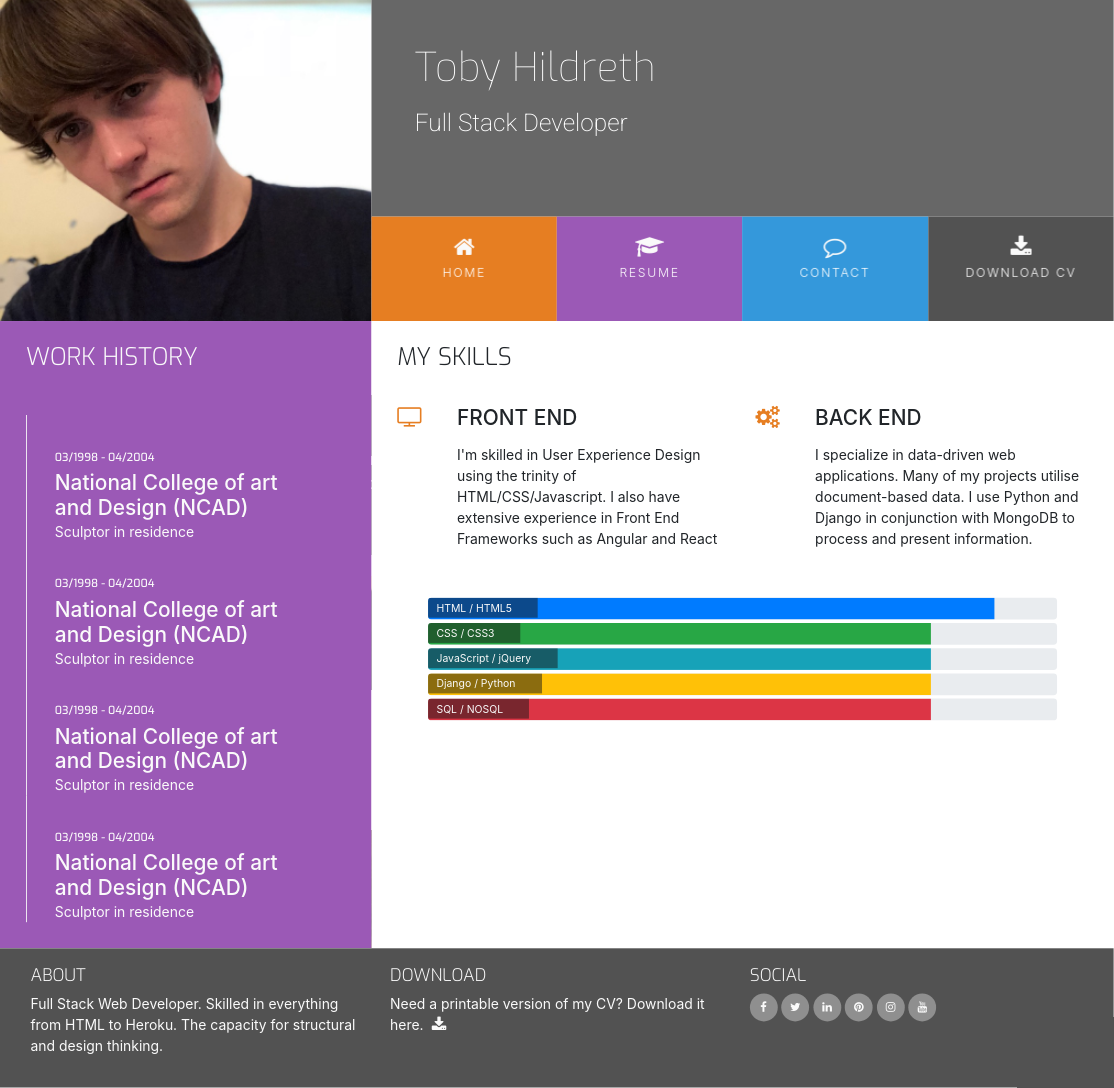
Repository: radioactivetux9/test
Page: resume.html
The author's editor kept a record of every edit. The page is drawn from the files as they stood at one moment, then again after the next edit.
The browser window is 1280 px wide. The pictures show the whole page, at 87% of full size.
Some web libraries are served in a nearby version.

Above is the page before.

### resume.html
<!DOCTYPE html>
<html lang="en">

<head>
    <meta charset="UTF-8">
    <meta name="viewport" content="width=device-width, initial-scale=1.0">
    <meta http-equiv="X-UA-Compatible" content="ie=edge">
    <link rel="stylesheet" href="https://maxcdn.bootstrapcdn.com/bootstrap/4.2.1/css/bootstrap.min.css" type="text/css" />
    <link rel="stylesheet" href="https://maxcdn.bootstrapcdn.com/font-awesome/4.7.0/css/font-awesome.min.css" type="text/css" />
    <link rel="stylesheet" href="https://cdnjs.cloudflare.com/ajax/libs/hover.css/2.1.1/css/hover-min.css" type="text/css" />
    <link rel="stylesheet" href="assets/css/style.css">
    <title>Toby</title>
</head>

<body>
    <header>
        <div class="row no-gutters">
            <a class="col-md-4 logo" href="02-index.html"></a>
            <div class="col-md-8">
                <div class="row no-gutters bg-color-name-title">
                    <div class="col heading">
                        <h1 class="name">Toby Hildreth</h1>
                        <h2 class="title"> Full Stack Developer</h2>
                    </div>
                </div>
                <div class="row no-gutters">
                    <div class="col">
                        <ul id="nav" class="list-inline menucontainer">
                            <li class="col-6 col-sm-3 list-inline-item ui-menu-color-home menuitem">
                                <a href="#" class="hvr-sweep-to-bottom"><i class="fa fa-home" aria-hidden="true"></i><span>Home</span></a>
                            </li>
                            <li class="col-6 col-sm-3 list-inline-item ui-menu-color-resume menuitem">
                                <a href="/resume.html" class="hvr-sweep-to-bottom"><i class="fa fa-graduation-cap" aria-hidden="true"></i><span>Resume</span></a>
                            </li>
                            <li class="col-6 col-sm-3 list-inline-item ui-menu-color-contact menuitem">
                                <a href="#" class="hvr-sweep-to-bottom"><i class="fa fa-comment-o" aria-hidden="true"></i><span>Contact</span></a>
                            </li>
                            <li class="col-6 col-sm-3 list-inline-item ui-menu-color-download menuitem">
                                <a href="#" class="hvr-sweep-to-bottom"><i class="fa fa-download" aria-hidden="true"></i><span>Download CV</span></a>
                            </li>
                        </ul>
                    </div>
                </div>
            </div>
        </div>
    </header>
    <section class="container-fluid">
        <div class="row">
            <div class="col-md-4 bg-color-work-history section-column">
                <div class="row">
                    <div class="col-12">
                        <h3 class="history-heading uppercase">
                            Work History
                        </h3>
                    </div>
                </div>
                <div class="timeline-item" data-dates="03/1998 - 04/2004">
                    <h4>National College of art and Design (NCAD)</h4>
                    <p>Sculptor in residence</p>
                </div>
                <div class="timeline-item" data-dates="03/1998 - 04/2004">
                    <h4>National College of art and Design (NCAD)</h4>
                    <p>Sculptor in residence</p>
                </div>
                <div class="timeline-item" data-dates="03/1998 - 04/2004">
                    <h4>National College of art and Design (NCAD)</h4>
                    <p>Sculptor in residence</p>
                </div>
                <div class="timeline-item" data-dates="03/1998 - 04/2004">
                    <h4>National College of art and Design (NCAD)</h4>
                    <p>Sculptor in residence</p>
                </div>
            </div>
            <div class="col-md-8 bg-color-three-reasons section-column">
                <div class="row">
                    <div class="col">
                        <h3 class="section-heading uppercase">My Skills</h3>
                    </div>
                </div>
                <div class="row">
                    <div class="col-10 offset-1 offset-sm-0 col-sm-4 col-md-6">
                        <div class="row">
                            <div class="col-2">
                                <i class="three-reasons-icon fa fa-tv" aria-hidden="true"></i>
                            </div>
                            <div class="col-10">
                                <h4 class="three-reasons-heading uppercase">Front End</h4>
                                <p>
                                    I'm skilled in User Experience Design using the trinity of HTML/CSS/Javascript. I also have extensive experience in Front End Frameworks such as Angular and React
                                </p>
                            </div>
                        </div>
                    </div>
                    <div class="col-10 offset-1 offset-sm-0 col-sm-4 col-md-6">
                        <div class="row">
                            <div class="col-2">
                                <i class="three-reasons-icon fa fa-gears" aria-hidden="true"></i>
                            </div>
                            <div class="col-10">
                                <h4 class="three-reasons-heading uppercase">Back End</h4>
                                <p>
                                    I specialize in data-driven web applications. Many of my projects utilise document-based data. I use Python and Django in conjunction with MongoDB to process and present information.
                                </p>
                            </div>
                        </div>
                    </div>
                </div>
                <div class="row progress-section">
                    <div class="col">
                        <div class="progress">
                            <div class="progress-bar" role="progressbar" aria-valuenow="90" aria-valuemin="0" ara=ia-valuemax="100" style="width:90%;">
                                <span class="sr-only">90% Complete</span>
                            </div>
                            <span class="progress-type">HTML / HTML5</span>
                        </div>
                        <div class="progress">
                            <div class="progress-bar bg-success" role="progressbar" aria-valuenow="80" aria-valuemin="0" ara=ia-valuemax="100" style="width:80%;">
                                <span class="sr-only">80% Complete</span>
                            </div>
                            <span class="progress-type">CSS / CSS3</span>
                        </div>
                        <div class="progress">
                            <div class="progress-bar bg-info" role="progressbar" aria-valuenow="70" aria-valuemin="0" ara=ia-valuemax="100" style="width:80%;">
                                <span class="sr-only">70% Complete</span>
                            </div>
                            <span class="progress-type">JavaScript / jQuery</span>
                        </div>
                        <div class="progress">
                            <div class="progress-bar bg-warning" role="progressbar" aria-valuenow="80" aria-valuemin="0" ara=ia-valuemax="100" style="width:80%;">
                                <span class="sr-only">80% Complete</span>
                            </div>
                            <span class="progress-type">Django / Python</span>
                        </div>
                        <div class="progress">
                            <div class="progress-bar bg-danger" role="progressbar" aria-valuenow="80" aria-valuemin="0" ara=ia-valuemax="100" style="width:80%;">
                                <span class="sr-only">80% Complete</span>
                            </div>
                            <span class="progress-type">SQL / NOSQL</span>
                        </div>

                    </div>
                </div>
            </div>
        </div>

    </section>
    <footer class="container-fluid">
        <div id="footer-details" class="row">
            <div class="col-sm-4">
                <h5 class="uppercase general-sub">About</h5>
                <p class="inline-block">
                    Full Stack Web Developer. Skilled in everything from HTML to Heroku. The capacity for structural and design thinking.
                </p>
            </div>
            <div class="col-sm-4">
                <h5 class="uppercase general-sub">Download</h5>
                <p class="inline-block">
                    Need a printable version of my CV? Download it here.
                    <a href="#" target="_blank" class="cv-pdf">
                        <i class="fa fa-download" aria-hidden="true"></i>
                        <span class="sr-only">Download link.</span>
                    </a>
                </p>
            </div>
            <div class="col-sm-4">
                <h5 class="uppercase general-sub">Social</h5>
                <ul class="list-inline social-links">
                    <li class="list-inline-item">
                        <a target="_blank" href="#">
                            <i class="fa fa-facebook" aria-hidden="true"></i>
                            <span class="sr-only">Facebook</span>
                        </a>
                    </li>
                    <li class="list-inline-item">
                        <a target="_blank" href="#">
                            <i class="fa fa-twitter" aria-hidden="true"></i>
                            <span class="sr-only">Twitter</span>
                        </a>
                    </li>
                    <li class="list-inline-item">
                        <a target="_blank" href="#">
                            <i class="fa fa-linkedin" aria-hidden="true"></i>
                            <span class="sr-only">LinkedIn</span>
                        </a>
                    </li>
                    <li class="list-inline-item">
                        <a target="_blank" href="#">
                            <i class="fa fa-pinterest" aria-hidden="true"></i>
                            <span class="sr-only">Pinterest</span>
                        </a>
                    </li>
                    <li class="list-inline-item">
                        <a target="_blank" href="#">
                            <i class="fa fa-instagram" aria-hidden="true"></i>
                            <span class="sr-only">Instagram</span>
                        </a>
                    </li>
                    <li class="list-inline-item">
                        <a target="_blank" href="#">
                            <i class="fa fa-youtube" aria-hidden="true"></i>
                            <span class="sr-only">YouTube</span>
                        </a>
                    </li>
                </ul>
            </div>
        </div>
    </footer>
</body>

</html>

### assets/css/style.css
@import url('https://fonts.googleapis.com/css?family=Roboto:100,200,300,400,500,600,700|Exo:100,200,300,400,500,600,700');

/*--------------------------------------------Colors*/

.bg-color-name-title {
    background-color: #676767;
}

.bg-color-three-reasons {
    background-color: #fff;
}

.bg-color-personal-info {
    background-color: #f4f4f4;
}

.ui-menu-color-home {
    background-color: #e67e22;
}

.ui-menu-color-resume {
    background-color: #9b59b6;
}

.ui-menu-color-contact {
    background-color: #3498db;
}

.ui-menu-color-download {
    background-color: #525252;
}

.row-table {
    display: table;
}

.section-column {
    display: table-cell;
    padding: 0 30px 30px;
    float: none;
}


.history-heading,
.section-heading {
    font-family: "Exo", sans-serif;
    font-weight: 300;
    margin-top: 25px;
    margin-bottom: 40px;
}



.bg-color-work-history {
    background-color: #9b59b6;
}

/* ----------------------------------------Special paddings/margins/text */

h1,
h2,
h3,
h4 {
    margin: 0;
}

.uppercase {
    text-transform: uppercase;
}

.general-sub {
    font-family: "Exo", sans-serif;
    font-weight: 300;
    color: #fafafa;
}

.inline-block {
    display: inline-block;
}

/*--------------------------------------------Heading*/

header {
    margin: 0;
}

.heading {
    margin-left: 50px;
}

.logo {
    background: url("/assets/images/UNADJUSTEDNONRAW_thumb_15f.jpg");
    background-position: center;
    background-repeat: no-repeat;
    background-size: cover;
    min-height: 360px;
    transition: all .5s ease-in-out;
    -moz-transition: all .5s ease-in-out;
    -webkit-transition: all .5s ease-in-out;
}

.name {
    font-family: "Exo", sans-serif;
    font-weight: 100;
    font-size: 46px;
    margin-top: 50px;
    color: #fff;
}

.title {
    font-family: "Roboto", sans-serif;
    font-weight: 200;
    font-size: 28px;
    margin-top: 20px;
    margin-bottom: 90px;
    color: #fff;
}

.list-inline-item:not(:last-child) {
    margin: 0;
}

.menucontainer {
    font-size: 0;
}

#nav li {
    font-size: 14px;
    padding: 0;
}

#nav {
    margin: 0;
}

.menuitem {
    height: 120px;
    text-align: center;
    padding: 0;
}

.menuitem a {
    width: 100%;
    text-decoration: none;
    color: #fff;
    height: 120px;
}

.menuitem a i {
    padding-top: 22px;
    display: block;
    color: #fafafa;
    font-size: 26px;
}

.menuitem span {
    display: block;
    width: 100%;
    padding-top: 5px;
    text-align: center;
    text-transform: uppercase;
    font-size: 14px;
    font-weight: 300;
    letter-spacing: 2px;
}

/*--------------------------------------------Hover.css*/

.hvr-sweep-to-bottom:before {
    background: rgba(0, 0, 0, 0.2);
    height: 120px;
}

/* ----------------------------------------Footer */

footer {
    background-color: #525252;
    color: #fafafa;
    min-height: 120px;
    margin: 0;
}

.cv-pdf i {
    font-size: 18px;
    color: #fafafa;
    text-align: center;
    padding-left: 5px;
    transition: all 0.35s ease-in-out;
    -moz-transition: all 0.35s ease-in-out;
    -webkit-transition: all 0.35s ease-in-out;
    -o-transition: all 0.35s ease-in-out;
}

.cv-pdf i:hover {
    color: #e84610;
}

.social-links {
    padding-bottom: 15px;
}

.social-links li a i {
    width: 32px;
    height: 32px;
    padding: 12px 0;
    border-radius: 50%;
    font-size: 13px;
    line-height: 7px;
    text-align: center;
    color: #fafafa;
    background: #8f8f8f;
    transition: all 0.35s ease-in-out;
    -moz-transition: all 0.35s ease-in-out;
    -webkit-transition: all 0.35s ease-in-out;
    -o-transition: all 0.35s ease-in-out;
}

.social-links li a i:hover {
    background: #e84610;
}

#footer-details {
    padding: 20px;
}

/* ----------------------------------------Three Reasons */

.three-reasons-icon {
    font-size: 26px;
    color: #e67e22;
}

.three-reasons-heading {
    margin-bottom: 15px;
}

/* ----------------------------------------personal info*/

.personal-info-item {
    margin-bottom: 20px;
    display: block;
    clear: both;
}

.personal-info-item .key,
.personal-info-item .value {
    padding-right: 8px;
    display: inline-block;

}

.personal-info-item .key p,
.personal-info-item .value p {
    margin: 0;
}

.personal-info-item .key {
    width: 30%;
    margin-right: 21px;
    padding-top: 2px;
    vertical-align: top;
}

.personal-info-item .key p {
    font-weight: 700;

}

.personal-info-item .value {
    width: 60%;
    position: relative;

}


/*--------------------------------------------SKills*/

.progress {
    position: relative;
    height: 25px;
    margin-bottom: 4px;

}

.progress-type {
    position: absolute;
    left: 0px;
    font-weight: 400;
    padding: 3px 30px 2px 10px;
    color: #fafafa;
    background-color: rgba(25, 25, 25, 0.5)
}

.progress-section {
    margin: 40px 20px;
}

/*--------------------------------------------work history*/

.history-heading {

    color: #fafafa;
    margin-bottom: 50px;
}

.timeline-item{
    padding: 4em 2em 0em 2em;
    position: relative;
    color: #fafafa;
    border-left: 1px solid;
}

.timeline-item p {
    padding: 0;
    margin: 0;
}

.timeline-item:before{
    content: attr(data-dates);
    position: absolute;
    left: 2.5em;
    top: 3em;
    display: block;
    font-family: "Exo", sans-serif;
    font-weight: 500;
    font-size: 0.8em;
    padding: 0;
    margin: 0;
}

..timeline-item:after{
    width: 12px;
    height: 12px;
    display: block;
    top: 2.4em;
    position: absolute;
    left: -6px;
    border-radius: 12px;
    content: '';
    background: #fafafa;
}

After the next edit:
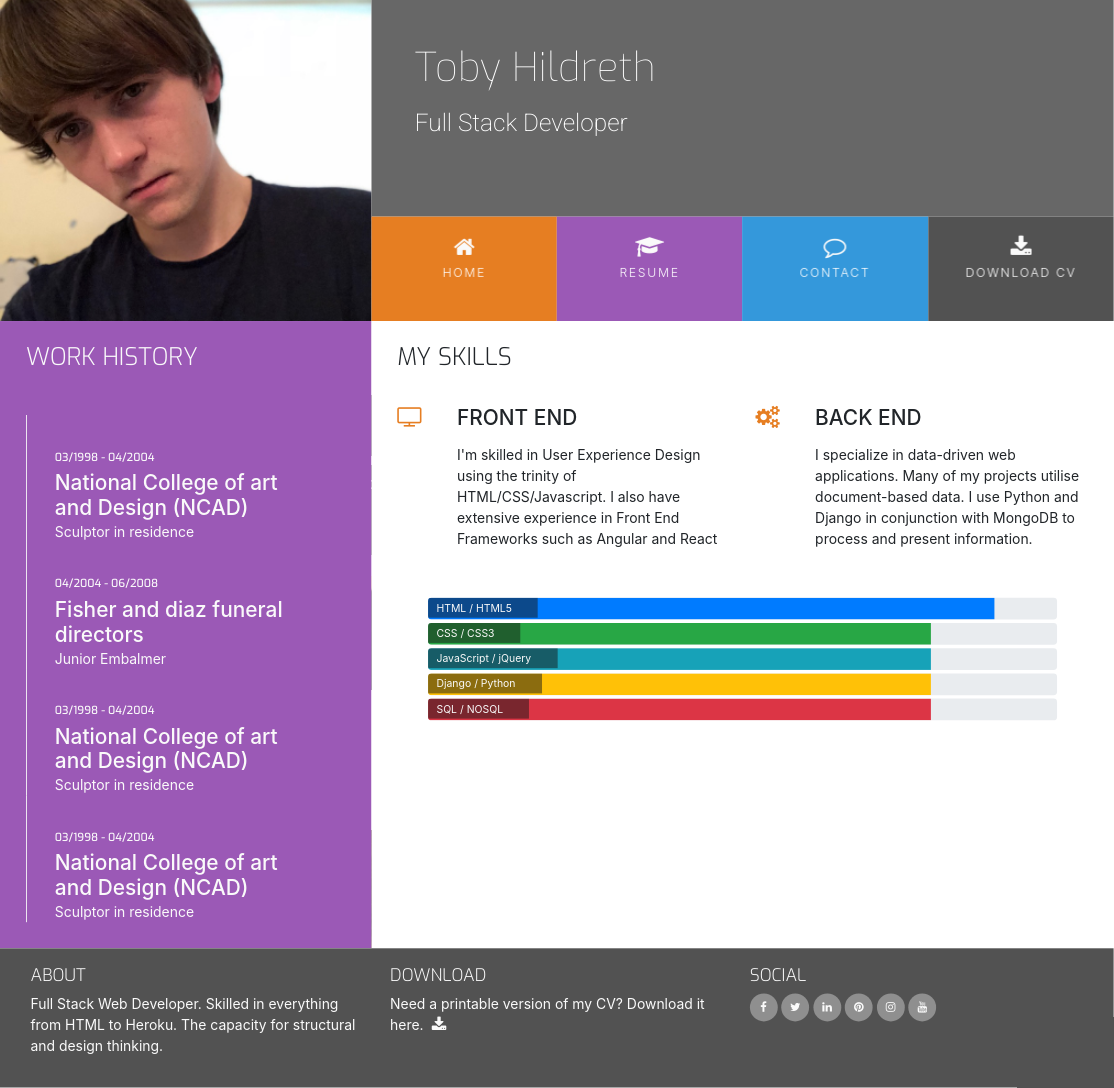
The edit:
--- a/resume.html
+++ b/resume.html
@@ -58,9 +58,9 @@
                     <h4>National College of art and Design (NCAD)</h4>
                     <p>Sculptor in residence</p>
                 </div>
-                <div class="timeline-item" data-dates="03/1998 - 04/2004">
-                    <h4>National College of art and Design (NCAD)</h4>
-                    <p>Sculptor in residence</p>
+                <div class="timeline-item" data-dates="04/2004 - 06/2008">
+                    <h4>Fisher and diaz funeral directors</h4>
+                    <p>Junior Embalmer</p>
                 </div>
                 <div class="timeline-item" data-dates="03/1998 - 04/2004">
                     <h4>National College of art and Design (NCAD)</h4>
